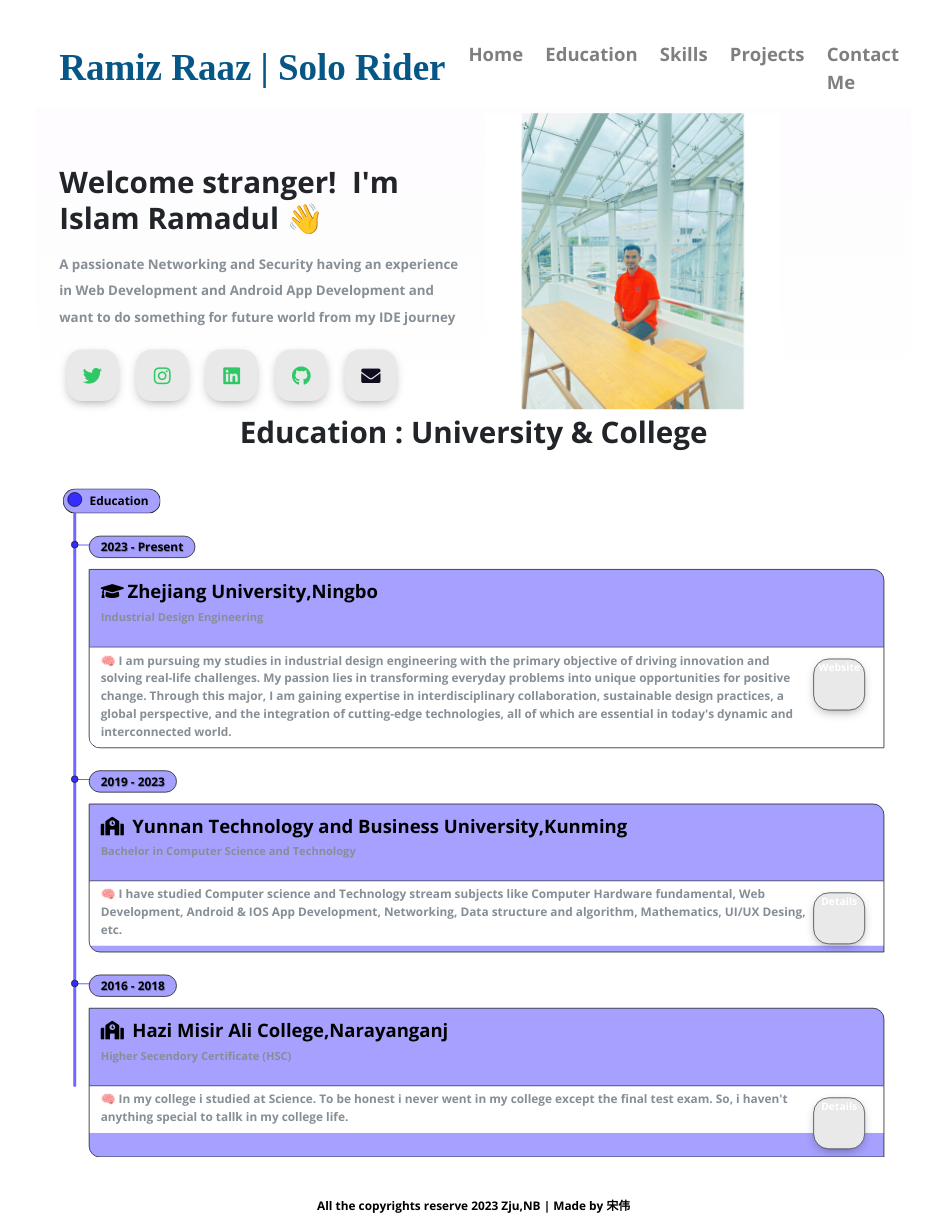
Repository: ramizraaz/ZjuProtfolio
Page: index.html
The author's editor kept a copy of each file at every save. The page is drawn from the files as they stood at one save, then again after the next save.
The browser window is 1280 px wide. The pictures show the whole page, at 74% of full size.
Some web fonts or font styles are not loaded; a fallback is used. Some web libraries are served in a nearby version.

Above is the page before, as saved 2023-10-08 17:43:45.

After the next save:
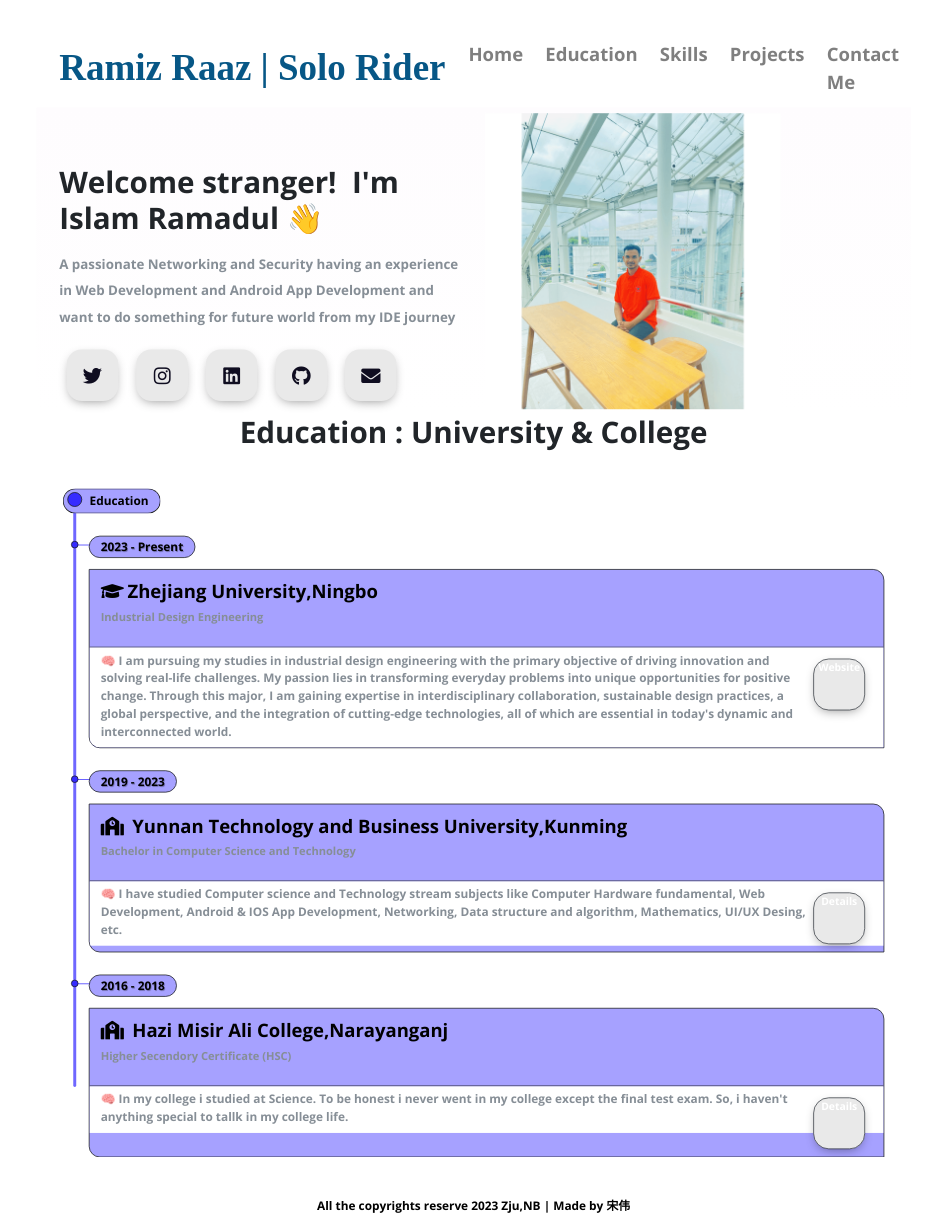
Saved 52 s later.
--- a/style.css
+++ b/style.css
@@ -194,23 +194,6 @@ p {
 
 /* Education CSS */
 
-.fab {
-    color: #2ec866;
-}
-
-.fab:hover {
-    color: black;
-}
-
-.iconify {
-    color: gray;
-    margin-bottom: 40px;
-}
-
-.iconify:hover {
-    color: black;
-}
-
 .Heading {
     text-align: center;
 }
